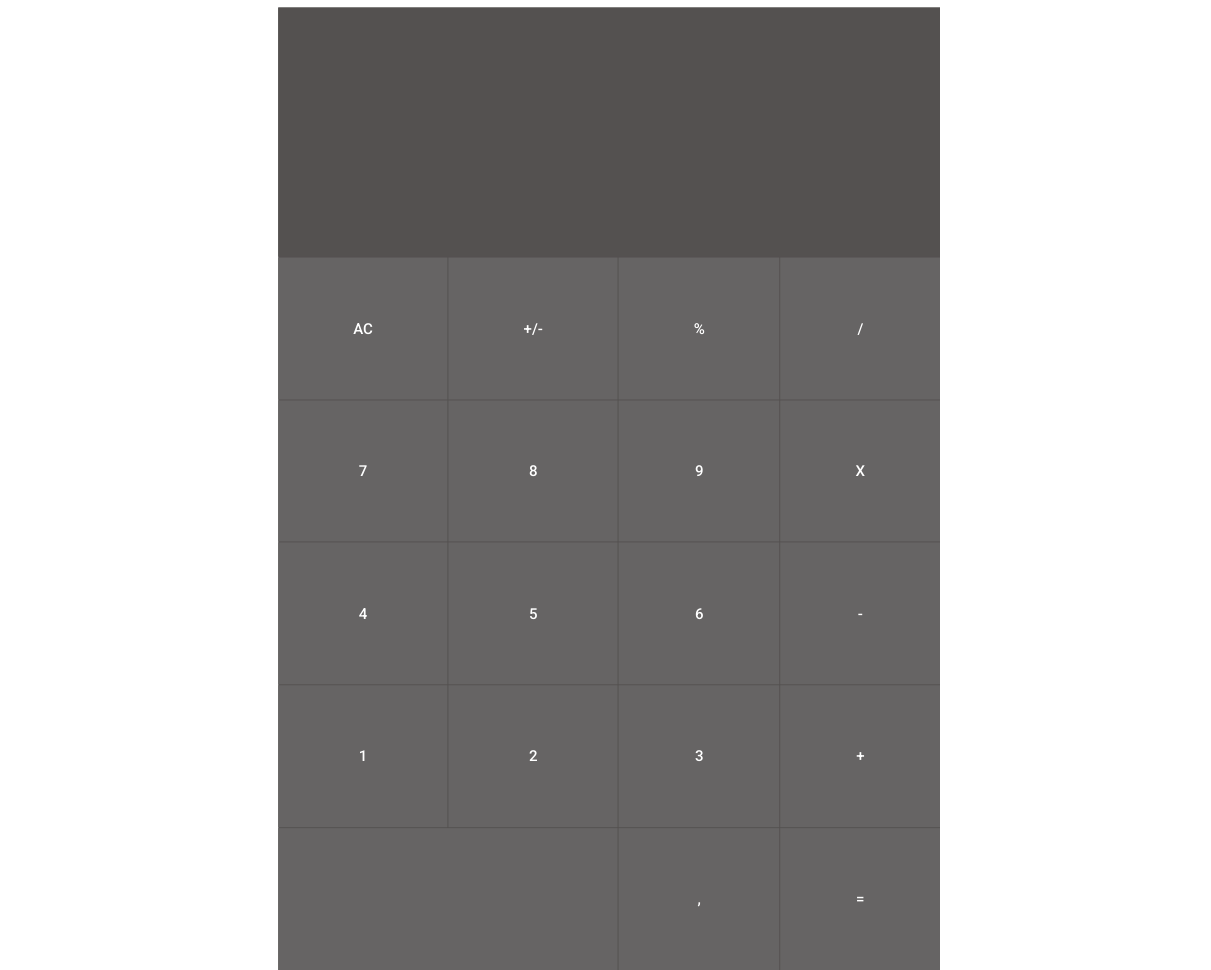
Repository: maciekto/calculatorOOP
Page: index.html
These files come from the project's save history. The page is drawn as it stood at one moment and after the next save; the edit follows.
The browser window is 1280 px wide. The page is 1288 px wide, so the pictures cover 1288 px, including what lies to the right of the window. The pictures show the whole page, at 94% of full size.

Above is the page before, as saved 2022-06-19 18:57:05.

After the next save:
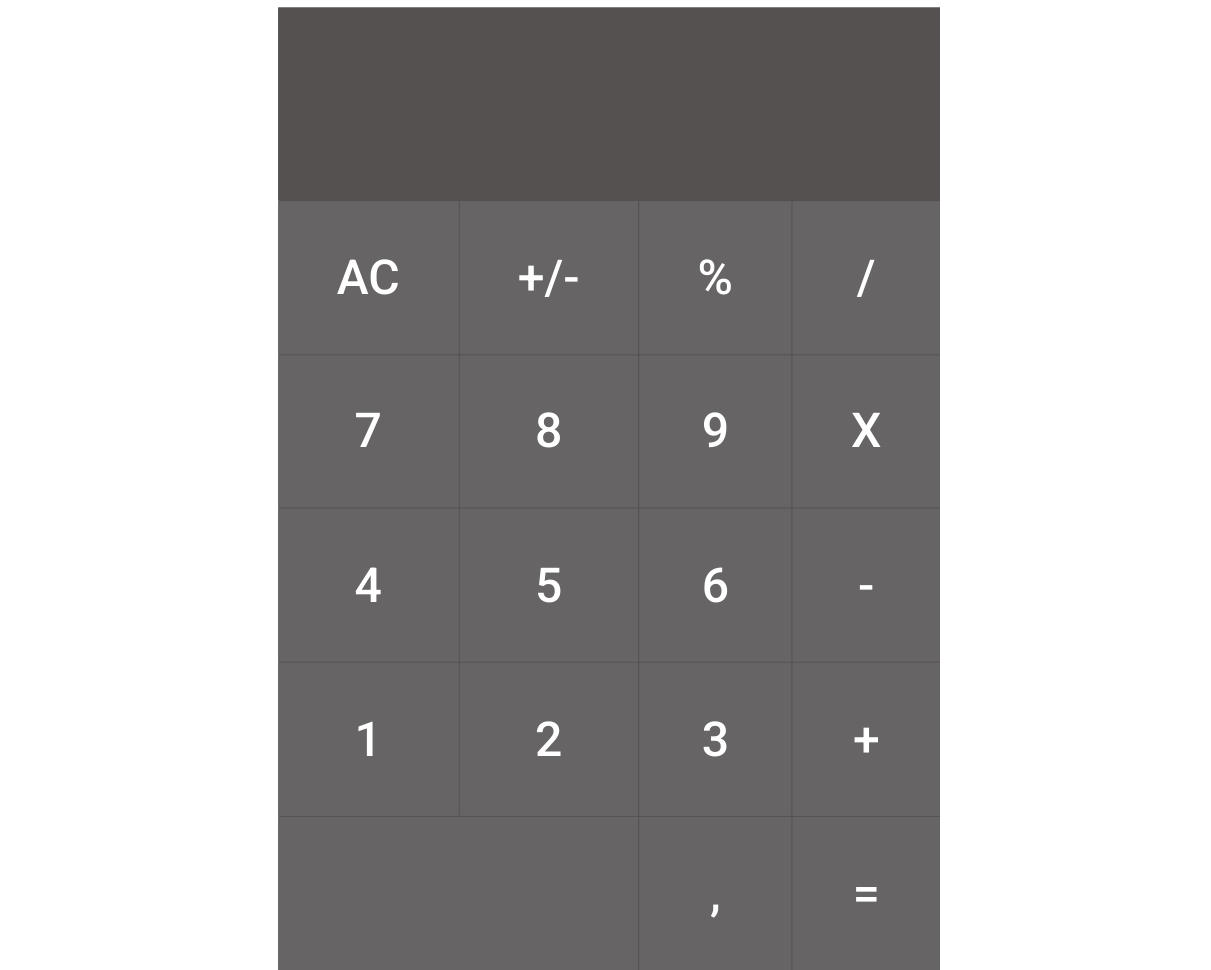
Saved 21 s later.
--- a/css.css
+++ b/css.css
@@ -30,6 +30,7 @@ main {
     "zero zero comma isequal"
     ;
     grid-gap: 1px;
+    font-size: 4vw;
 }
 .Calc div {
     display: grid;
